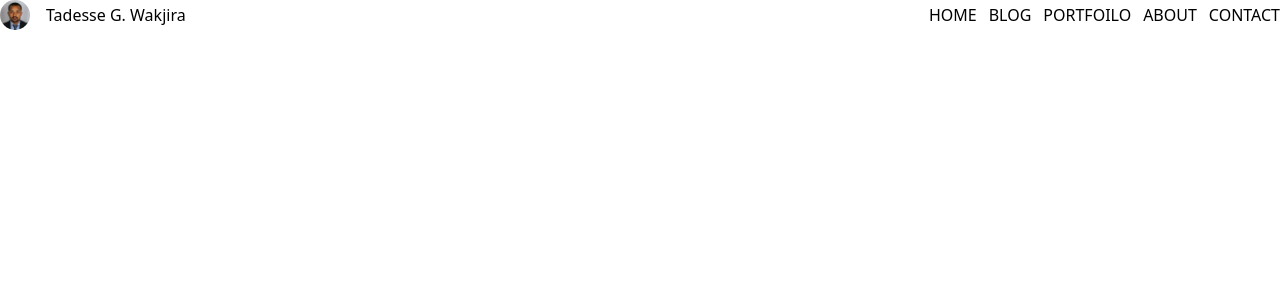
Repository: Elias-Kibret/Tade-portfoilo
Page: /
These files come from the project's save history. The page is drawn as it stood at one moment and after the next save; the edit follows.
The browser window is 1280 px wide. The pictures show the whole page.
The project was rebuilt for these pictures with package versions that can differ from the ones it lists, and the page was loaded fresh each time. The framework's server and built-in components were replaced by stand-ins that run in the browser. Also part of the build but not shown: next.config.js.

Above is the page before, as saved 2022-06-27 00:52:36.

After the next save:
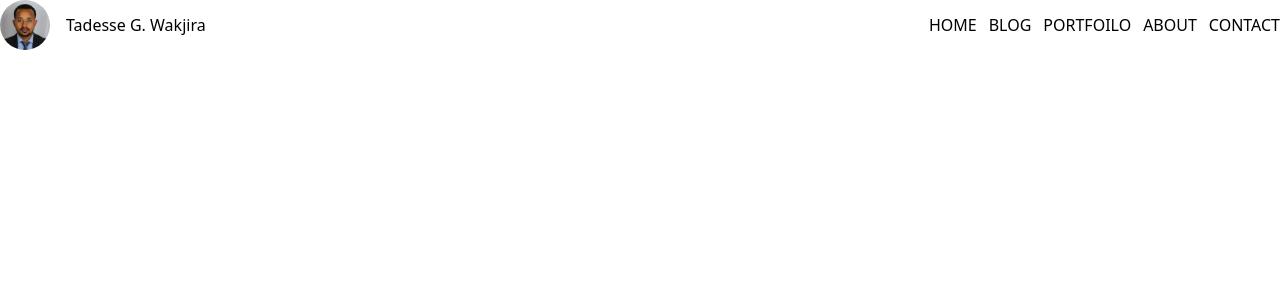
Saved 37 s later.
--- a/components/Header.tsx
+++ b/components/Header.tsx
@@ -4,11 +4,11 @@ import Image from "next/image"
 import Logo from '../public/Img/Tadesse.jpg'
 const Header = () => {
   return (
-<header>
+<header className="bg ">
    <div className="flex justify-between items-center">
       <div className="flex items-center space-x-4">
 
-       <Image className="rounded-full" src={Logo} alt="Taddes" width={30} height={30} />
+       <Image className="rounded-full" src={Logo} alt="Taddes" width={50} height={50} />
 
         <span>Tadesse G. Wakjira</span>
       </div>
